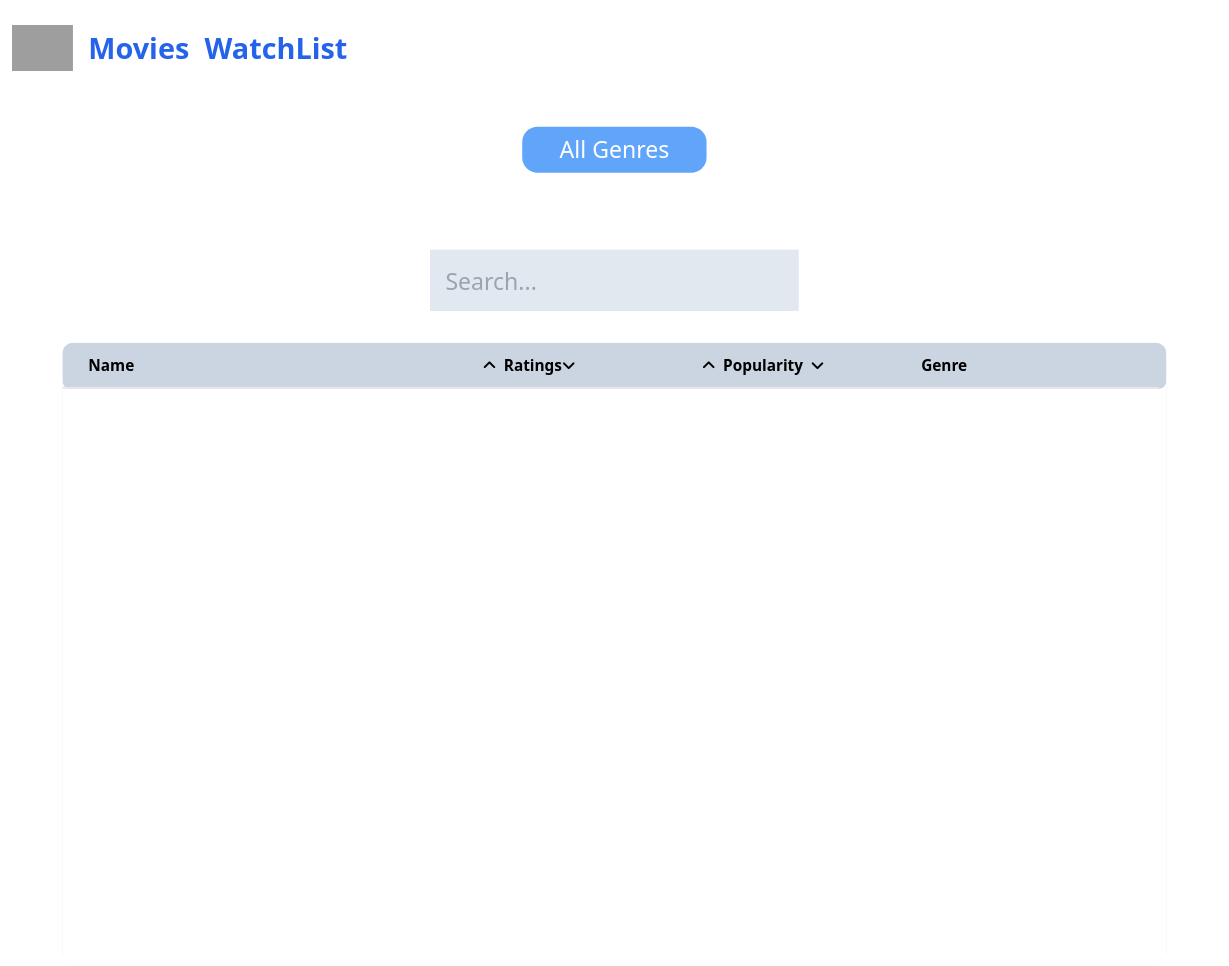
Repository: Aakash20bhatt/LearnReact
Page: /watchlist (app in moviesApp/)
An editor plug-in stored every save of this project. The page is shown before and after the next save, followed by the edit.
The browser window is 1280 px wide. The pictures show the whole page, at 96% of full size.
Pictures or frames that could not be fetched are drawn as grey boxes. Some web libraries are served in a nearby version. The project was rebuilt for these pictures with package versions that can differ from the ones it lists, and the page was loaded fresh each time. Also part of the build but not shown: moviesApp/vite.config.js, moviesApp/src/App.css, moviesApp/src/Components/Banner.jsx, moviesApp/src/Components/MovieCard.jsx, moviesApp/src/Components/Pagination.jsx, moviesApp/src/redux/movieMiddleware.js, moviesApp/src/Components/Movies.jsx, moviesApp/src/Components/MovieDetails.jsx.

Above is the page before, as saved 2024-08-25 14:16:39.

### moviesApp/index.html
<!doctype html>
<html lang="en">
  <head>
    <meta charset="UTF-8" />
    <link rel="icon" type="image/svg+xml" href="/vite.svg" />
    <meta name="viewport" content="width=device-width, initial-scale=1.0" />
    <title>Movies recommendation</title>
    <link rel="stylesheet" href="https://cdnjs.cloudflare.com/ajax/libs/font-awesome/6.6.0/css/all.min.css" integrity="sha512-Kc323vGBEqzTmouAECnVceyQqyqdsSiqLQISBL29aUW4U/M7pSPA/gEUZQqv1cwx4OnYxTxve5UMg5GT6L4JJg==" crossorigin="anonymous" referrerpolicy="no-referrer" />
  </head>
  <body>
    <div id="root"></div>
    <script type="module" src="/src/main.jsx"></script>
  </body>
</html>

### moviesApp/src/main.jsx
import React from 'react'
import ReactDOM from 'react-dom/client'
import App from './App.jsx'
import './index.css'
import { Provider } from "react-redux"
import store from './redux/store.js'

ReactDOM.createRoot(document.getElementById('root')).render(
  <React.StrictMode>
    <Provider store={store}>
      <App />
    </Provider>
  </React.StrictMode>,
)

### moviesApp/src/App.jsx
import { useState } from 'react'

import './App.css'
import Watchlist from './Components/Watchlist'
import Navbar from './Components/Navbar'
import Banner from './Components/Banner'
import Movies from './Components/Movies'
import { BrowserRouter, Routes, Route } from 'react-router-dom'
import MovieContext from './Contexts/MovieContext'
import PaginationContext from './Contexts/PaginationContext'
import MovieDetails from './Components/MovieDetails'

function App() {
  const [watchList,setWatchList] = useState(
    JSON.parse(localStorage.getItem('watchList'))||[]
  );

  const addToWatchList = (movieToAdd)=>{
    const newWatchList = [...watchList,movieToAdd]
    setWatchList(newWatchList);
  }

  const removeFromWatchList = (movieToRemove)=>{
      const filteredWatchList = watchList.filter((movieObj) => movieObj.id !== movieToRemove.id);
      setWatchList(filteredWatchList);
  }


  return (
    <BrowserRouter>
      <Navbar/>
        <MovieContext.Provider value = {{watchList,addToWatchList,removeFromWatchList,setWatchList}}>
          <Routes>
            <Route path='/' element={
              <>
                <Banner/>
                <Movies/>
                {/* <PaginationContext.Provider value = {{pageNo,handleNext,handlePrev}}>
                  <Movies/>
                </PaginationContext.Provider> */}
              </>
            }></Route>

            <Route path='/:title/:id' element={
              <MovieDetails/>
            }>
            </Route>

            <Route path='/watchlist' element={
              <Watchlist
              />
            }></Route>
          </Routes>
        </MovieContext.Provider>
    </BrowserRouter>
  )
}

export default App

### moviesApp/src/index.css
@tailwind base;
@tailwind components;
@tailwind utilities;

*{
  margin: 0;
  padding:0;
  box-sizing: border-box;
}

### moviesApp/src/redux/store.js
import { configureStore } from "@reduxjs/toolkit";
import paginationSlice from "./paginationSlice";
import movieSlice from "./movieSlice";


const store = configureStore({
    reducer:{
        paginationState:paginationSlice.reducer,
        moviesState:movieSlice.reducer
    }
});

export default store;

### moviesApp/src/Components/Watchlist.jsx
import { useContext, useEffect, useState } from "react";
import { GENRES_ID_MAPPING, ALL_GENRES, BASE_URL } from "../utils/common";
import MovieContext from "../Contexts/MovieContext";
import { useNavigate } from "react-router-dom";
import { FixedSizeList } from "react-window";

export default function Watchlist() {
    const { watchList: movies, removeFromWatchList, setWatchList } = useContext(MovieContext);
    const [genres, setGenres] = useState([ALL_GENRES]);
    const [selectedGenre, setSelectedGenre] = useState(ALL_GENRES);
    const [search, setSearchValue] = useState('');
    const [debouncedSearch, setDebounceSearch] = useState('');
    const navigate = useNavigate();

    useEffect(() => {
        const genreList = movies.map((movieObj) => {
            return GENRES_ID_MAPPING[movieObj.genre_ids[0]];
        });
        const uniqueGenreList = new Set(genreList);
        setGenres([ALL_GENRES, ...uniqueGenreList]);
    }, [movies]);

    useEffect(() => {
        const handler = setTimeout(() => {
            setDebounceSearch(search);
        }, 500);

        return () => {
            clearTimeout(handler);
        };
    }, [search]);

    const sortAscending = (key) => {
        const sortedMovies = [...movies].sort((movieA, movieB) => {
            return movieA[key] - movieB[key];
        });
        setWatchList(sortedMovies);
    };

    const sortDescending = (key) => {
        const sortedMovies = [...movies].sort((movieA, movieB) => {
            return movieB[key] - movieA[key];
        });
        setWatchList(sortedMovies);
    };

    const filteredMovies = movies.filter((movieObj) => {
        if (selectedGenre === ALL_GENRES) return true;
        return selectedGenre === GENRES_ID_MAPPING[movieObj.genre_ids[0]];
    }).filter((movieObj) => {
        return movieObj.title.toLowerCase().includes(debouncedSearch.toLowerCase());
    });

    const Row = ({ index, style }) => {
        const movie = filteredMovies[index];
        return (
            <tr key={movie.id} style={style} className="flex items-center justify-between border-2 hover:bg-slate-100">
                <td className="flex w-1/3 m-4 gap-8 items-center">
                    <div onClick={() => navigate(`/${movie.title.replace(/[:\s]+/g, '-').replace(/[^a-zA-Z0-9-_]/g, '')}/${movie.id}`)}>
                        <img className="h-32 w-36 rounded-lg cursor-pointer"
                            src={BASE_URL + movie.backdrop_path}
                            alt="poster" />
                    </div>
                    {movie.title}
                </td>
                <td className="w-1/6 p-4">{movie.vote_average}</td>
                <td className="w-1/6 p-4">{movie.popularity}</td>
                <td className="w-1/6 p-4">{GENRES_ID_MAPPING[movie.genre_ids[0]]}</td>
                <td onClick={() => removeFromWatchList(movie)} className="text-rose-600 cursor-pointer p-4">
                    <i className="fa-solid fa-trash"></i>
                </td>
            </tr>
        );
    };

    return (
        <div className="flex flex-col items-center justify-center">
            <div className="flex flex-wrap gap w-[90%] my-8 justify-evenly">
                {genres.map((genre, index) => (
                    <div
                        key={index}
                        onClick={() => setSelectedGenre(genre)}
                        className={`cursor-pointer text-2xl rounded-2xl text-white h-[3rem]
                        w-[12rem] flex items-center justify-center
                        mb-4
                        ${genre === selectedGenre ? "bg-blue-400" : "bg-slate-400"}`}
                    >
                        {genre}
                    </div>
                ))}
            </div>
            <input
                value={search}
                placeholder="Search..."
                className="h-[4rem] p-4 w-[24rem] my-8 text-2xl bg-slate-200 outline-none"
                onChange={(e) => setSearchValue(e.target.value)}
            />
            <table className="rounded-xl border w-[90%] overflow-hidden">
                <thead className="heading flex bg-slate-300 h-12 rounded-lg pr-2">
                    <th className="heading-row flex items-center justify-around w-full border-b-2 text-left">
                        <tr className="column w-1/3	 p-2">Name</tr>
                        <tr className="column w-1/6 ">
                            <i onClick={() => sortAscending('vote_average')} className="cursor-pointer fa-solid fa-angle-up mr-2"></i>
                            Ratings
                            <i onClick={() => sortDescending('vote_average')} className="cursor-pointer fa-solid fa-angle-down mr-2"></i>
                        </tr>
                        <tr className="column w-1/6">
                            <i onClick={() => sortAscending('popularity')} className="cursor-pointer fa-solid fa-angle-up mr-2"></i>
                            Popularity
                            <i onClick={() => sortDescending('popularity')} className="cursor-pointer fa-solid fa-angle-down ml-2"></i>
                        </tr>
                        <tr className="column w-1/6">Genre</tr>
                        <tr className="column"></tr>
                    </th>
                </thead>
                <tbody className="tbody">
                    <FixedSizeList
                        height={600} // adjust height as needed
                        itemCount={filteredMovies.length}
                        itemSize={200} // adjust row height as needed
                        width="100%"
                    >
                        {({ index, style }) => <Row index={index} style={style} />}
                    </FixedSizeList>
                </tbody>
            </table>
        </div>
    );
}

### moviesApp/src/Components/Navbar.jsx
import {Link} from 'react-router-dom'

export default function Navbar(){
    return(
        <div className="flex items-center pl-3 py-4">
            <img className="h-12 "src="https://cdn-icons-png.flaticon.com/512/2503/2503508.png" alt="" />
            <Link className="m-4 text-blue-600 text-3xl font-bold" to="/">Movies</Link>
            <Link className="text-blue-600 text-3xl font-bold" to="/watchlist" >WatchList</Link>
        </div>
    )
}

### moviesApp/src/Contexts/MovieContext.js
import { createContext } from "react";

const MovieContext = createContext();

export default MovieContext;

### moviesApp/src/Contexts/PaginationContext.js
import { createContext } from "react";

const PaginationContext = createContext();

export default PaginationContext;

### moviesApp/src/redux/paginationSlice.js
import {createSlice} from '@reduxjs/toolkit';

const paginationSlice = createSlice({
    name:"paginationSlice",
    initialState:{
        pageNo:1
    },
    reducers:{
        handleNext:(state)=>{
            state.pageNo+=1
        },
        handlePrev:(state)=>{
            if(state.pageNo>1){
                state.pageNo-=1
            }
        }
    }
})

export default paginationSlice

### moviesApp/src/redux/movieSlice.js
import { createSlice } from "@reduxjs/toolkit";

const movieSlice = createSlice({
    name:"movieSlice",
    initialState:{
        movies:[],
        loading:true,
        error:false,
    },
    reducers:{
        setError:(state)=>{
            state.error = true;
            state.loading = false;
            state.movies = [];
        },
        setLoading:(state)=>{
            state.error = false;
            state.loading = true;
            state.movies = [];
        },
        setMovies:(state,descObj)=>{
            state.movies = descObj.payload;
            state.loading = false;
            state.error = false;
        }
    }
})

export default movieSlice;

### moviesApp/src/utils/common.js
export const BASE_URL = "https://image.tmdb.org/t/p/original/"

export const GENRES_ID_MAPPING = {
    28: "Action",
    12: "Adventure",
    16: "Animation",
    35: "Comedy",
    80: "Crime",
    99: "Documentary",
    18: "Drama",
    10751: "Family",
    14: "Fantasy",
    36: "History",
    27: "Horror",
    10402: "Music",
    9648: "Mystery",
    10749: "Romance",
    878: "Science Fiction",
    10770: "TV Movie",
    53: "Thriller",
    10752: "War",
    37: "Western",
}

export const ALL_GENRES = "All Genres";

Loaded but not shown: moviesApp/tailwind.config.js (common file)

After the next save:
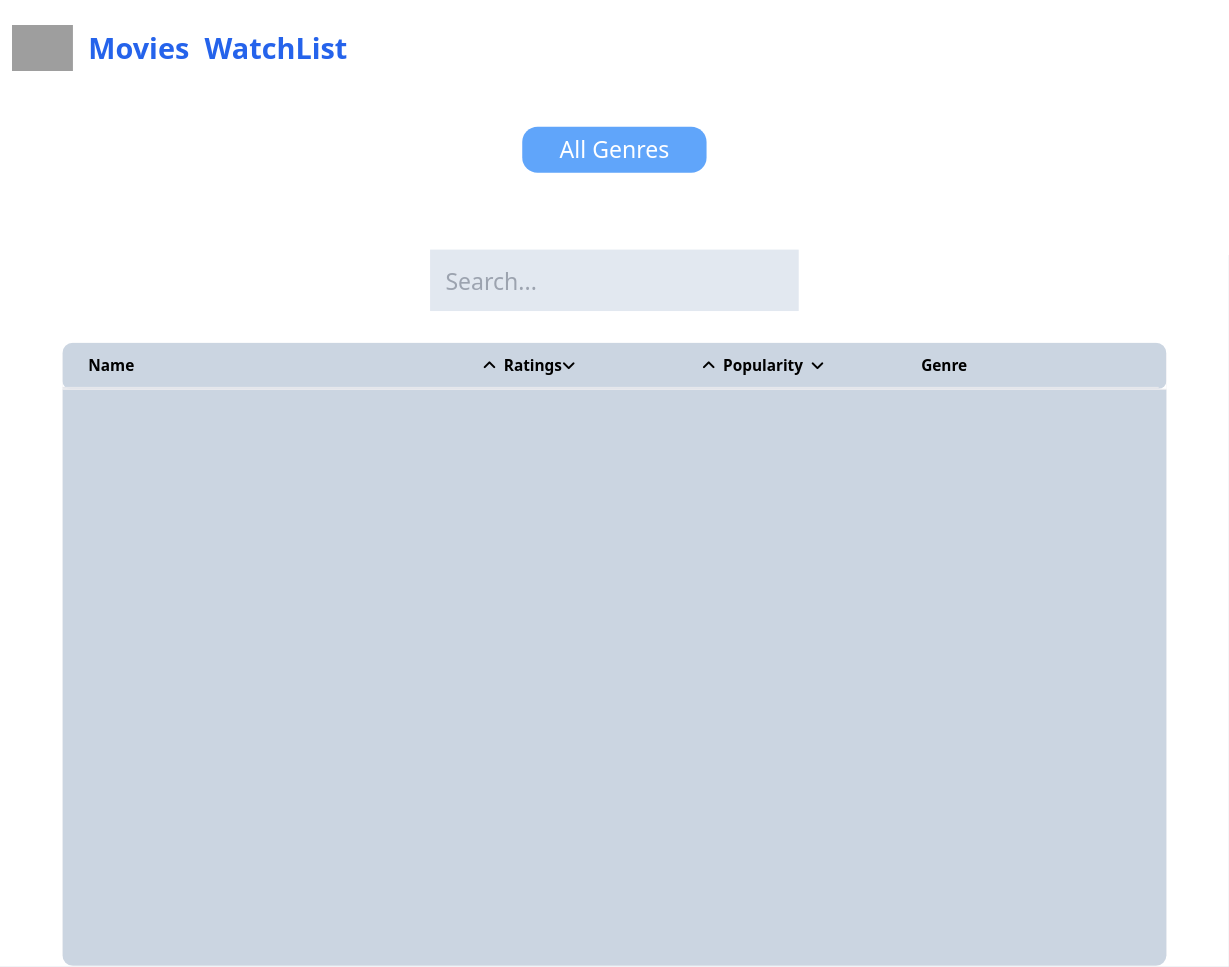
Saved 3 min 30 s later.
--- a/moviesApp/src/Components/Watchlist.jsx
+++ b/moviesApp/src/Components/Watchlist.jsx
@@ -113,7 +113,7 @@ export default function Watchlist() {
                         <tr className="column"></tr>
                     </th>
                 </thead>
-                <tbody className="tbody">
+                <tbody className="tbody border border-solid bg-slate-300">
                     <FixedSizeList
                         height={600} // adjust height as needed
                         itemCount={filteredMovies.length}
